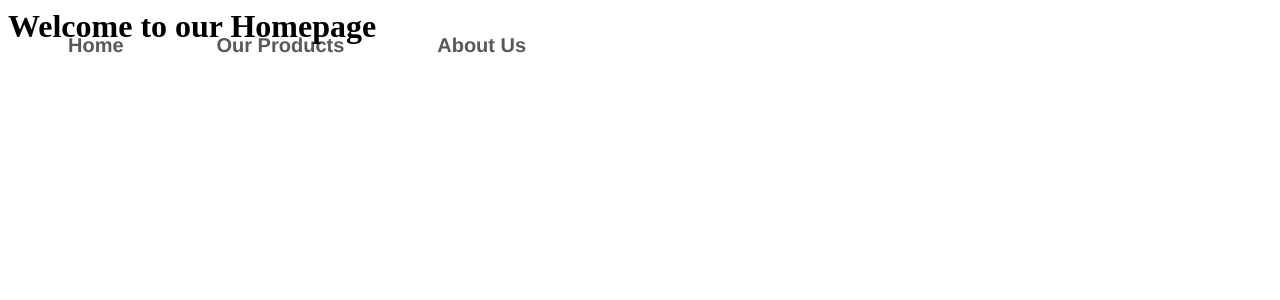
Repository: RuairiBrowne1/is1113117465942
Page: http://localhost/Ebusiness/ShopHome.html
The author's editor kept a record of every edit. The page is drawn from the files as they stood at one moment, then again after the next edit.
The browser window is 1280 px wide. The pictures show the whole page.
The page is run by PHP 8.4 with error messages shown; the project is at /var/www/html/.

Above is the page before.

### Ebusiness/ShopHome.html
<! DOCTYPE html>
<html>
    <link rel="stylesheet" href="Shop_pages.css" type="text/css" />
    <head>
        <title>Shop Homepage</title>
    </head>
    <body>
        <h1>Welcome to our Homepage</h1>
         <div id="nav">
          <div id="nav_wrapper">
              <br/>
              <ul>
                  <li><a href="homepage.html">Home</a></li>
                  <li><a href="Ebus1.php">Our Products</a></li>
                  <li><a href="">About Us</a></li>
              </ul>
          </div>
      </div>

    </body>
    </html>

### Ebusiness/Shop_pages.css
#purchase{
    text-align: center;
    position: fixed;
    color: black ;
    font-size: large;
    background-color:white;
background-size: cover;
background-repeat: no-repeat;
height:100%;
left:40%;

}
#cash{
    text-align: center;
    position: absolute;
    color:black;
    background-color:white;
background-size: cover;
background-repeat: no-repeat;
height:100%;
left:40%;

}
#btnProceed{
    background-color: green;
    color:white;
    position:absolute;
    top:90%;
    left:45%;
padding:1%;
border-radius:15%;
}
#calculate{
     background-color: yellow;
     color:red;
    position:absolute;
    top:80%;
    left:45%;
padding:1%;
border-radius:15%;

}
#receipt{
    position: absolute;
     text-align: center;
     color:black;
     left:40%;
     top:10%;
    background-color: white ;
    background-size: cover;
background-repeat: no-repeat;
height:100%;
}
#thanks{
    color:red;
    position:absolute;
    top:90%;
}
.end{
     background: green;
    position:absolute;
    top:60%;
    left:45%;
padding:1%;
border-radius:15%;
}
.one{

    overflow: visible;
    background-color: red;
    position: fixed; /* Set the navbar to fixed position */
    top: 0; /* Position the navbar at the top of the page */
    width: 100%; /* Full width */
}

/* Links inside the navbar */
.one a {
    float: left;
    display: block;
    color: white;
    text-align: center;
    padding: 14px 16px;
    text-decoration: none;

}

/* Change background on mouse-over */
.one a:hover {
    background: #ddd;
    color: black;
}

/* Main content */
.one {
    margin-top: 30px; /* Add a top margin to avoid content overlay */
}
.one{
float:left;
}

.section{
  position:absolute;
  top:20%;
  left:5%;
  width:18.75%;
  height:60%;
  border:2px solid black;
}

.section img{
    position:relative;
    height:40%;
    width:100%;

}

.section1{
      position:absolute;
  top:20%;
  left:27%;
  width:18.75%;
  height:60%;
  border:2px solid black;
}

.section1 img{
    position:relative;
    height:40%;
    width:100%;

}

.section2{
      position:absolute;
  top:20%;
  left:49.5%;
  width:18.5%;
  height:60%;
  border:2px solid black;
}

.section2 img{
    position:relative;
    height:40%;
    width:100%;

}

.section3{
      position:absolute;
  top:20%;
  left:73.25%;
  width:18.75%;
  height:60%;
  border:2px solid black;
}

.section3 img{
    position:relative;
    height:40%;
    width:100%;

}

.section4{
      position:absolute;
  top:20%;
  left:97%;
  width:18.75%;
  height:60%;
  border:2px solid black;
}

.section4 img{
    position:relative;
    height:40%;
    width:100%;

}

#nav{
    width: 100%;
    height: 10.5%;
    background-size: cover;
    position: fixed;
    z-index: 2;
}

#nav_wrapper{
    font-family:helvetica;
    font-size: 125%;
    height: 100%;
    width: 110%;
    margin-left:-10px;
    margin-right: 10px;
    margin-top: 0px;
    opacity: 0.65;
    position: absolute;
    top: -100%;
}

#nav_wrapper ul li {
    margin-right: 2%;
    list-style: none;
    display: inline;
    font-weight: bold;
    padding: 30px;
}

#nav_wrapper a{
    color: black;
    text-decoration: none;

}

#nav_wrapper ul li:hover{
    background: #94D5F1;
    transition:all 1s;
}

After the next edit:
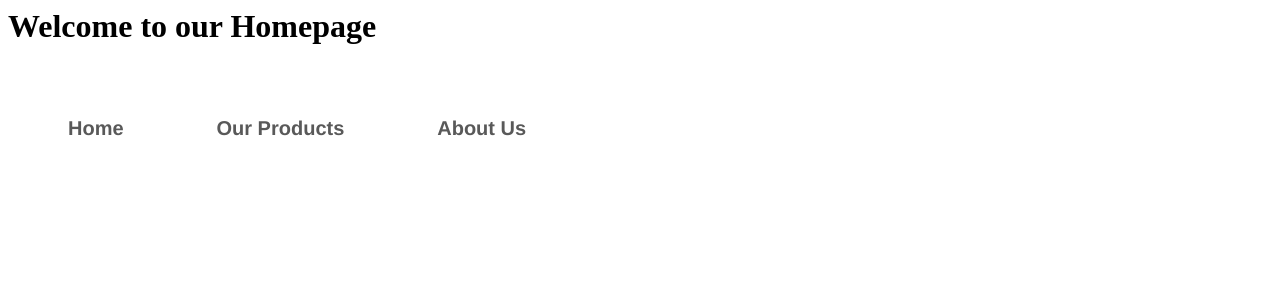
The edit:
--- a/Ebusiness/Shop_pages.css
+++ b/Ebusiness/Shop_pages.css
@@ -196,7 +196,7 @@
     margin-top: 0px;
     opacity: 0.65;
     position: absolute;
-    top: -100%;
+    top: 10%;
 }
 
 #nav_wrapper ul li {
